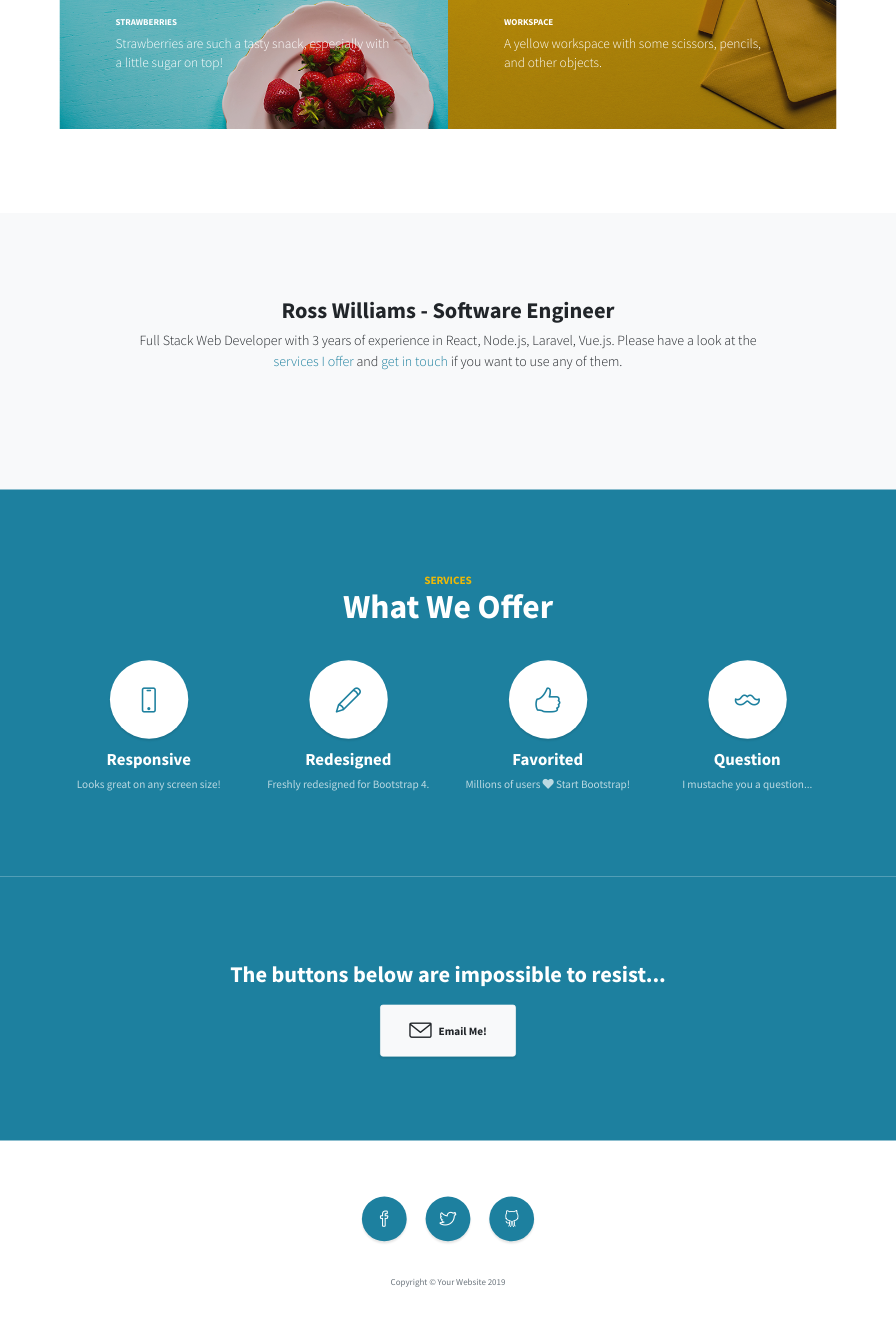
Repository: Williams94/Williams94.github.io
Page: index.html
These files come from the project's save history. The page is drawn as it stood at one moment and after the next save; the edit follows.
The browser window is 1280 px wide. The pictures show the part of the page from y = 1576 to 3496 px (the page is 3496 px tall), at 70% of full size.
A picture or video elsewhere on the page could not be fetched, so the positions and the page height are approximate.

Above is the page before, as saved 2019-07-06 13:53:22.

### index.html
<!DOCTYPE html>
<html lang="en">

<head>

  <meta charset="utf-8">
  <meta name="viewport" content="width=device-width, initial-scale=1, shrink-to-fit=no">
  <meta name="description" content="">
  <meta name="author" content="">

  <title>Stylish Portfolio - Start Bootstrap Template</title>

  <!-- Bootstrap Core CSS -->
  <link href="vendor/bootstrap/css/bootstrap.min.css" rel="stylesheet">

  <!-- Custom Fonts -->
  <link href="vendor/fontawesome-free/css/all.min.css" rel="stylesheet" type="text/css">
  <link href="https://fonts.googleapis.com/css?family=Source+Sans+Pro:300,400,700,300italic,400italic,700italic"
    rel="stylesheet" type="text/css">
  <link href="vendor/simple-line-icons/css/simple-line-icons.css" rel="stylesheet">

  <!-- Custom CSS -->
  <link href="css/stylish-portfolio.css" rel="stylesheet">
  <link href="css/custom.css" rel="stylesheet">
  <!-- <link href="css/new-age.min.css" rel="stylesheet"> -->

</head>

<body id="page-top">

  <!-- Navigation -->
  <nav class="navbar navbar-expand-lg navbar-light fixed-top" id="mainNav">
    <div class="container">
      <a class="navbar-brand js-scroll-trigger" href="#page-top">Ross Williams</a>
      <button class="navbar-toggler navbar-toggler-right" type="button" data-toggle="collapse"
        data-target="#navbarResponsive" aria-controls="navbarResponsive" aria-expanded="false"
        aria-label="Toggle navigation">
        Menu
        <i class="fas fa-bars"></i>
      </button>
      <div class="collapse navbar-collapse" id="navbarResponsive">
        <ul class="navbar-nav ml-auto">
          <li class="nav-item">
            <a class="nav-link js-scroll-trigger" href="#about">About</a>
          </li>
          <li class="nav-item">
            <a class="nav-link js-scroll-trigger" href="#portfolio">Portfolio</a>
          </li>
          <li class="nav-item">
            <a class="nav-link js-scroll-trigger" href="#services">Services</a>
          </li>
          <li class="nav-item">
            <a class="nav-link js-scroll-trigger" href="#contact">Contact</a>
          </li>
        </ul>
      </div>
    </div>
  </nav>

  <!-- Header -->
  <header class="masthead">
    <div class="container h-100">
      <div class="row h-100">
        <div class="col-lg-7 my-auto">
          <div class="header-content mx-auto">
            <h1 class="mb-5">Welcome, please take a look at my previous projects and the services I offer.</h1>
          </div>
        </div>
        <div class="col-lg-5 my-auto">
          <div class="device-container">
            <div class="device-mockup iphone6_plus portrait white">
              <div class="device">
                <div class="screen">
                  <!-- Demo image for screen mockup, you can put an image here, some HTML, an animation, video, or anything else! -->
                  <img src="img/demo-screen-1.jpg" class="img-fluid" alt="">
                </div>
                <div class="button">
                  <!-- You can hook the "home button" to some JavaScript events or just remove it -->
                </div>
              </div>
            </div>
          </div>
        </div>
      </div>
    </div>
  </header>

  <!-- Portfolio -->
  <section class="content-section" id="portfolio">
    <div class="container">
      <div class="content-section-heading text-center">
        <h3 class="text-secondary mb-0">Portfolio</h3>
        <h2 class="mb-5">Recent Projects</h2>
      </div>
      <div class="row no-gutters">
        <div class="col-lg-6">
          <a class="portfolio-item" href="#">
            <span class="caption">
              <span class="caption-content">
                <h2>Stationary</h2>
                <p class="mb-0">A yellow pencil with envelopes on a clean, blue backdrop!</p>
              </span>
            </span>
            <img class="img-fluid" src="img/portfolio-1.jpg" alt="">
          </a>
        </div>
        <div class="col-lg-6">
          <a class="portfolio-item" href="#">
            <span class="caption">
              <span class="caption-content">
                <h2>Ice Cream</h2>
                <p class="mb-0">A dark blue background with a colored pencil, a clip, and a tiny ice cream cone!</p>
              </span>
            </span>
            <img class="img-fluid" src="img/portfolio-2.jpg" alt="">
          </a>
        </div>
        <div class="col-lg-6">
          <a class="portfolio-item" href="#">
            <span class="caption">
              <span class="caption-content">
                <h2>Strawberries</h2>
                <p class="mb-0">Strawberries are such a tasty snack, especially with a little sugar on top!</p>
              </span>
            </span>
            <img class="img-fluid" src="img/portfolio-3.jpg" alt="">
          </a>
        </div>
        <div class="col-lg-6">
          <a class="portfolio-item" href="#">
            <span class="caption">
              <span class="caption-content">
                <h2>Workspace</h2>
                <p class="mb-0">A yellow workspace with some scissors, pencils, and other objects.</p>
              </span>
            </span>
            <img class="img-fluid" src="img/portfolio-4.jpg" alt="">
          </a>
        </div>
      </div>
    </div>
  </section>

  <!-- About -->
  <section class="content-section bg-light" id="about">
    <div class="container text-center">
      <div class="row">
        <div class="col-lg-10 mx-auto">
          <h2>Ross Williams - Software Engineer</h2>
          <p class="lead mb-5">Full Stack Web Developer with 3 years of experience in React, Node.js, Laravel, Vue.js.
            Please have a look at the <a href="#services">services I offer</a> and <a href="#contact">get in touch</a>
            if you want to use any of them.
          </p>
        </div>
      </div>
    </div>
  </section>

  <!-- Services -->
  <section class="content-section bg-primary text-white text-center" id="services">
    <div class="container">
      <div class="content-section-heading">
        <h3 class="text-secondary mb-0">Services</h3>
        <h2 class="mb-5">What We Offer</h2>
      </div>
      <div class="row">
        <div class="col-lg-3 col-md-6 mb-5 mb-lg-0">
          <span class="service-icon rounded-circle mx-auto mb-3">
            <i class="icon-screen-smartphone"></i>
          </span>
          <h4>
            <strong>Responsive</strong>
          </h4>
          <p class="text-faded mb-0">Looks great on any screen size!</p>
        </div>
        <div class="col-lg-3 col-md-6 mb-5 mb-lg-0">
          <span class="service-icon rounded-circle mx-auto mb-3">
            <i class="icon-pencil"></i>
          </span>
          <h4>
            <strong>Redesigned</strong>
          </h4>
          <p class="text-faded mb-0">Freshly redesigned for Bootstrap 4.</p>
        </div>
        <div class="col-lg-3 col-md-6 mb-5 mb-md-0">
          <span class="service-icon rounded-circle mx-auto mb-3">
            <i class="icon-like"></i>
          </span>
          <h4>
            <strong>Favorited</strong>
          </h4>
          <p class="text-faded mb-0">Millions of users
            <i class="fas fa-heart"></i>
            Start Bootstrap!</p>
        </div>
        <div class="col-lg-3 col-md-6">
          <span class="service-icon rounded-circle mx-auto mb-3">
            <i class="icon-mustache"></i>
          </span>
          <h4>
            <strong>Question</strong>
          </h4>
          <p class="text-faded mb-0">I mustache you a question...</p>
        </div>
      </div>
    </div>
  </section>

  <!-- Call to Action -->
  <section class="content-section bg-primary text-white">
    <div class="container text-center">
      <h2 class="mb-4">The buttons below are impossible to resist...</h2>
      <a href="#" class="btn btn-xl btn-light">
        <div class="email-me-button-container">
          <i class="icon-envelope"></i>Email Me!
        </div>
      </a>
    </div>
  </section>

  <!-- Map -->
  <!-- <section id="contact" class="map">
    <iframe width="100%" height="100%" frameborder="0" scrolling="no" marginheight="0" marginwidth="0"
      src="https://maps.google.com/maps?f=q&amp;source=s_q&amp;hl=en&amp;geocode=&amp;q=Twitter,+Inc.,+Market+Street,+San+Francisco,+CA&amp;aq=0&amp;oq=twitter&amp;sll=28.659344,-81.187888&amp;sspn=0.128789,0.264187&amp;ie=UTF8&amp;hq=Twitter,+Inc.,+Market+Street,+San+Francisco,+CA&amp;t=m&amp;z=15&amp;iwloc=A&amp;output=embed"></iframe>
    <br />
    <small>
      <a
        href="https://maps.google.com/maps?f=q&amp;source=embed&amp;hl=en&amp;geocode=&amp;q=Twitter,+Inc.,+Market+Street,+San+Francisco,+CA&amp;aq=0&amp;oq=twitter&amp;sll=28.659344,-81.187888&amp;sspn=0.128789,0.264187&amp;ie=UTF8&amp;hq=Twitter,+Inc.,+Market+Street,+San+Francisco,+CA&amp;t=m&amp;z=15&amp;iwloc=A"></a>
    </small>
  </section> -->

  <!-- Footer -->
  <footer class="footer text-center">
    <div class="container">
      <ul class="list-inline mb-5">
        <li class="list-inline-item">
          <a class="social-link rounded-circle text-white mr-3" href="#">
            <i class="icon-social-facebook"></i>
          </a>
        </li>
        <li class="list-inline-item">
          <a class="social-link rounded-circle text-white mr-3" href="#">
            <i class="icon-social-twitter"></i>
          </a>
        </li>
        <li class="list-inline-item">
          <a class="social-link rounded-circle text-white" href="#">
            <i class="icon-social-github"></i>
          </a>
        </li>
      </ul>
      <p class="text-muted small mb-0">Copyright &copy; Your Website 2019</p>
    </div>
  </footer>

  <!-- Scroll to Top Button-->
  <a class="scroll-to-top rounded js-scroll-trigger" href="#page-top">
    <i class="fas fa-angle-up"></i>
  </a>

  <!-- Bootstrap core JavaScript -->
  <script src="vendor/jquery/jquery.min.js"></script>
  <script src="vendor/bootstrap/js/bootstrap.bundle.min.js"></script>

  <!-- Plugin JavaScript -->
  <script src="vendor/jquery-easing/jquery.easing.min.js"></script>

  <!-- Custom scripts for this template -->
  <script src="js/stylish-portfolio.min.js"></script>

</body>

</html>

### css/stylish-portfolio.css
/*!
 * Start Bootstrap - Stylish Portfolio v5.0.6 (https://startbootstrap.com/template-overviews/stylish-portfolio)
 * Copyright 2013-2019 Start Bootstrap
 * Licensed under MIT (https://github.com/BlackrockDigital/startbootstrap-stylish-portfolio/blob/master/LICENSE)
 */

body,
html {
  width: 100%;
  height: 100%;
}

body {
  font-family: "Source Sans Pro";
}

.btn-xl {
  padding: 1.25rem 2.5rem;
}

.content-section {
  padding-top: 7.5rem;
  padding-bottom: 7.5rem;
}

.content-section-heading h2 {
  font-size: 3rem;
}

.content-section-heading h3 {
  font-size: 1rem;
  text-transform: uppercase;
}

h1,
h2,
h3,
h4,
h5,
h6 {
  font-weight: 700;
}

.text-faded {
  color: rgba(255, 255, 255, 0.7);
}

/* Map */
.map {
  height: 30rem;
}

@media (max-width: 992px) {
  .map {
    height: 75%;
  }
}

.map iframe {
  pointer-events: none;
}

.scroll-to-top {
  position: fixed;
  right: 15px;
  bottom: 15px;
  display: none;
  width: 50px;
  height: 50px;
  text-align: center;
  color: white;
  background: rgba(52, 58, 64, 0.5);
  line-height: 45px;
}

.scroll-to-top:focus,
.scroll-to-top:hover {
  color: white;
}

.scroll-to-top:hover {
  background: #343a40;
}

.scroll-to-top i {
  font-weight: 800;
}

.masthead {
  min-height: 30rem;
  position: relative;
  display: table;
  width: 100%;
  height: auto;
  padding-top: 8rem;
  padding-bottom: 8rem;
  background: -webkit-gradient(
      linear,
      left top,
      right top,
      from(rgba(255, 255, 255, 0.1)),
      to(rgba(255, 255, 255, 0.1))
    ),
    url("../img/bg-masthead.jpg");
  background: linear-gradient(
      90deg,
      rgba(255, 255, 255, 0.1) 0%,
      rgba(255, 255, 255, 0.1) 100%
    ),
    url("../img/bg-masthead.jpg");
  background-position: center center;
  background-repeat: no-repeat;
  background-size: cover;
}

.masthead h1 {
  font-size: 4rem;
  margin: 0;
  padding: 0;
}

@media (min-width: 992px) {
  .masthead {
    height: 100vh;
  }
  .masthead h1 {
    font-size: 5.5rem;
  }
}

/* Side Menu */
#sidebar-wrapper {
  position: fixed;
  z-index: 2;
  right: 0;
  width: 250px;
  height: 100%;
  -webkit-transition: all 0.4s ease 0s;
  transition: all 0.4s ease 0s;
  -webkit-transform: translateX(250px);
  transform: translateX(250px);
  background: #1d809f;
  border-left: 1px solid rgba(255, 255, 255, 0.1);
}

.sidebar-nav {
  position: absolute;
  top: 0;
  width: 250px;
  margin: 0;
  padding: 0;
  list-style: none;
}

.sidebar-nav li.sidebar-nav-item a {
  display: block;
  text-decoration: none;
  color: #fff;
  padding: 15px;
}

.sidebar-nav li a:hover {
  text-decoration: none;
  color: #fff;
  background: rgba(255, 255, 255, 0.2);
}

.sidebar-nav li a:active,
.sidebar-nav li a:focus {
  text-decoration: none;
}

.sidebar-nav > .sidebar-brand {
  font-size: 1.2rem;
  background: rgba(52, 58, 64, 0.1);
  height: 80px;
  line-height: 50px;
  padding-top: 15px;
  padding-bottom: 15px;
  padding-left: 15px;
}

.sidebar-nav > .sidebar-brand a {
  color: #fff;
}

.sidebar-nav > .sidebar-brand a:hover {
  color: #fff;
  background: none;
}

#sidebar-wrapper.active {
  right: 250px;
  width: 250px;
  -webkit-transition: all 0.4s ease 0s;
  transition: all 0.4s ease 0s;
}

.menu-toggle {
  position: fixed;
  right: 15px;
  top: 15px;
  width: 50px;
  height: 50px;
  text-align: center;
  color: #fff;
  background: rgba(52, 58, 64, 0.5);
  line-height: 50px;
  z-index: 999;
}

.menu-toggle:focus,
.menu-toggle:hover {
  color: #fff;
}

.menu-toggle:hover {
  background: #343a40;
}

.service-icon {
  background-color: #fff;
  color: #1d809f;
  height: 7rem;
  width: 7rem;
  display: block;
  line-height: 7.5rem;
  font-size: 2.25rem;
  -webkit-box-shadow: 0 3px 3px 0 rgba(0, 0, 0, 0.1);
  box-shadow: 0 3px 3px 0 rgba(0, 0, 0, 0.1);
}

.callout {
  padding: 15rem 0;
  background: -webkit-gradient(
      linear,
      left top,
      right top,
      from(rgba(255, 255, 255, 0.1)),
      to(rgba(255, 255, 255, 0.1))
    ),
    url("../img/bg-callout.jpg");
  background: linear-gradient(
      90deg,
      rgba(255, 255, 255, 0.1) 0%,
      rgba(255, 255, 255, 0.1) 100%
    ),
    url("../img/bg-callout.jpg");
  background-position: center center;
  background-repeat: no-repeat;
  background-size: cover;
}

.callout h2 {
  font-size: 3.5rem;
  font-weight: 700;
  display: block;
  max-width: 30rem;
}

.portfolio-item {
  display: block;
  position: relative;
  overflow: hidden;
  max-width: 530px;
  margin: auto auto 1rem;
}

.portfolio-item .caption {
  display: -webkit-box;
  display: -ms-flexbox;
  display: flex;
  height: 100%;
  width: 100%;
  background-color: rgba(33, 37, 41, 0.2);
  position: absolute;
  top: 0;
  bottom: 0;
  z-index: 1;
}

.portfolio-item .caption .caption-content {
  color: #fff;
  margin: auto 2rem 2rem;
}

.portfolio-item .caption .caption-content h2 {
  font-size: 0.8rem;
  text-transform: uppercase;
}

.portfolio-item .caption .caption-content p {
  font-weight: 300;
  font-size: 1.2rem;
}

@media (min-width: 992px) {
  .portfolio-item {
    max-width: none;
    margin: 0;
  }
  .portfolio-item .caption {
    -webkit-transition: -webkit-clip-path 0.25s ease-out, background-color 0.7s;
    -webkit-clip-path: inset(0px);
    clip-path: inset(0px);
  }
  .portfolio-item .caption .caption-content {
    -webkit-transition: opacity 0.25s;
    transition: opacity 0.25s;
    margin-left: 5rem;
    margin-right: 5rem;
    margin-bottom: 5rem;
  }
  .portfolio-item img {
    -webkit-transition: -webkit-clip-path 0.25s ease-out;
    -webkit-clip-path: inset(-1px);
    clip-path: inset(-1px);
  }
  .portfolio-item:hover img {
    -webkit-clip-path: inset(2rem);
    clip-path: inset(2rem);
  }
  .portfolio-item:hover .caption {
    background-color: rgba(29, 128, 159, 0.9);
    -webkit-clip-path: inset(2rem);
    clip-path: inset(2rem);
  }
}

footer.footer {
  padding-top: 5rem;
  padding-bottom: 5rem;
}

footer.footer .social-link {
  display: block;
  height: 4rem;
  width: 4rem;
  line-height: 4.3rem;
  font-size: 1.5rem;
  background-color: #1d809f;
  -webkit-transition: background-color 0.15s ease-in-out;
  transition: background-color 0.15s ease-in-out;
  -webkit-box-shadow: 0 3px 3px 0 rgba(0, 0, 0, 0.1);
  box-shadow: 0 3px 3px 0 rgba(0, 0, 0, 0.1);
}

footer.footer .social-link:hover {
  background-color: #155d74;
  text-decoration: none;
}

a {
  color: #1d809f;
}

a:hover,
a:focus,
a:active {
  color: #155d74;
}

.btn-primary {
  background-color: #1d809f !important;
  border-color: #1d809f !important;
  color: #fff !important;
}

.btn-primary:hover,
.btn-primary:focus,
.btn-primary:active {
  background-color: #155d74 !important;
  border-color: #155d74 !important;
}

.btn-secondary {
  background-color: #ecb807 !important;
  border-color: #ecb807 !important;
  color: #fff !important;
}

.btn-secondary:hover,
.btn-secondary:focus,
.btn-secondary:active {
  background-color: #ba9106 !important;
  border-color: #ba9106 !important;
}

.btn-dark {
  color: #fff !important;
}

.btn {
  -webkit-box-shadow: 0px 3px 3px 0px rgba(0, 0, 0, 0.1);
  box-shadow: 0px 3px 3px 0px rgba(0, 0, 0, 0.1);
  font-weight: 700;
}

.bg-primary {
  background-color: #1d809f !important;
}

.text-primary {
  color: #1d809f !important;
}

.text-secondary {
  color: #ecb807 !important;
}

#mainNav {
  border-color: rgba(34, 34, 34, 0.05);
  background-color: white;
  -webkit-transition: all 0.35s;
  transition: all 0.35s;
  font-family: "Catamaran", "Helvetica", "Arial", "sans-serif";
  font-weight: 200;
  letter-spacing: 1px;
}

#mainNav .navbar-brand {
  color: #fdcc52;
  font-family: "Catamaran", "Helvetica", "Arial", "sans-serif";
  font-weight: 200;
  letter-spacing: 1px;
}

#mainNav .navbar-brand:hover,
#mainNav .navbar-brand:focus {
  color: #fcbd20;
}

#mainNav .navbar-toggler {
  font-size: 12px;
  padding: 8px 10px;
  color: #222222;
}

#mainNav .navbar-nav > li > a {
  font-size: 11px;
  font-family: "Lato", "Helvetica", "Arial", "sans-serif";
  letter-spacing: 2px;
  text-transform: uppercase;
}

#mainNav .navbar-nav > li > a.active {
  color: #fdcc52 !important;
  background-color: transparent;
}

#mainNav .navbar-nav > li > a.active:hover {
  background-color: transparent;
}

#mainNav .navbar-nav > li > a,
#mainNav .navbar-nav > li > a:focus {
  color: #222222;
}

#mainNav .navbar-nav > li > a:hover,
#mainNav .navbar-nav > li > a:focus:hover {
  color: #fdcc52;
}

@media (min-width: 992px) {
  #mainNav {
    border-color: transparent;
    background-color: transparent;
  }
  #mainNav .navbar-brand {
    color: fade(white, 70%);
  }
  #mainNav .navbar-brand:hover,
  #mainNav .navbar-brand:focus {
    color: white;
  }
  #mainNav .navbar-nav > li > a,
  #mainNav .navbar-nav > li > a:focus {
    color: rgba(255, 255, 255, 0.7);
  }
  #mainNav .navbar-nav > li > a:hover,
  #mainNav .navbar-nav > li > a:focus:hover {
    color: white;
  }
  #mainNav.navbar-shrink {
    border-color: rgba(34, 34, 34, 0.1);
    background-color: white;
  }
  #mainNav.navbar-shrink .navbar-brand {
    color: #222222;
  }
  #mainNav.navbar-shrink .navbar-brand:hover,
  #mainNav.navbar-shrink .navbar-brand:focus {
    color: #fdcc52;
  }
  #mainNav.navbar-shrink .navbar-nav > li > a,
  #mainNav.navbar-shrink .navbar-nav > li > a:focus {
    color: #222222;
  }
  #mainNav.navbar-shrink .navbar-nav > li > a:hover,
  #mainNav.navbar-shrink .navbar-nav > li > a:focus:hover {
    color: #fdcc52;
  }
}


header.masthead {
  position: relative;
  width: 100%;
  padding-top: 150px;
  padding-bottom: 100px;
  color: white;
  background: url("../img/bg-pattern.png"), #7b4397;
  background: url("../img/bg-pattern.png"), -webkit-gradient(linear, right top, left top, from(#7b4397), to(#dc2430));
  background: url("../img/bg-pattern.png"), linear-gradient(to left, #7b4397, #dc2430);
}

header.masthead .header-content {
  max-width: 500px;
  margin-bottom: 100px;
  text-align: center;
}

header.masthead .header-content h1 {
  font-size: 30px;
}

header.masthead .device-container {
  max-width: 325px;
  margin-right: auto;
  margin-left: auto;
}

header.masthead .device-container .screen img {
  border-radius: 3px;
}

@media (min-width: 992px) {
  header.masthead {
    height: 100vh;
    min-height: 775px;
    padding-top: 0;
    padding-bottom: 0;
  }
  header.masthead .header-content {
    margin-bottom: 0;
    text-align: left;
  }
  header.masthead .header-content h1 {
    font-size: 50px;
  }
  header.masthead .device-container {
    max-width: 325px;
  }
}

### css/custom.css
.icon-envelope {
  font-size: 2rem;
  margin-right: 10px;
}

.email-me-button-container {
  display: flex;
  align-items: center;
}

Loaded but not shown: vendor/bootstrap/css/bootstrap.min.css (library); vendor/fontawesome-free/css/all.min.css (library); vendor/simple-line-icons/css/simple-line-icons.css (library); vendor/jquery/jquery.min.js (library); vendor/bootstrap/js/bootstrap.bundle.min.js (library); vendor/jquery-easing/jquery.easing.min.js (common file); js/stylish-portfolio.min.js (common file)

After the next save:
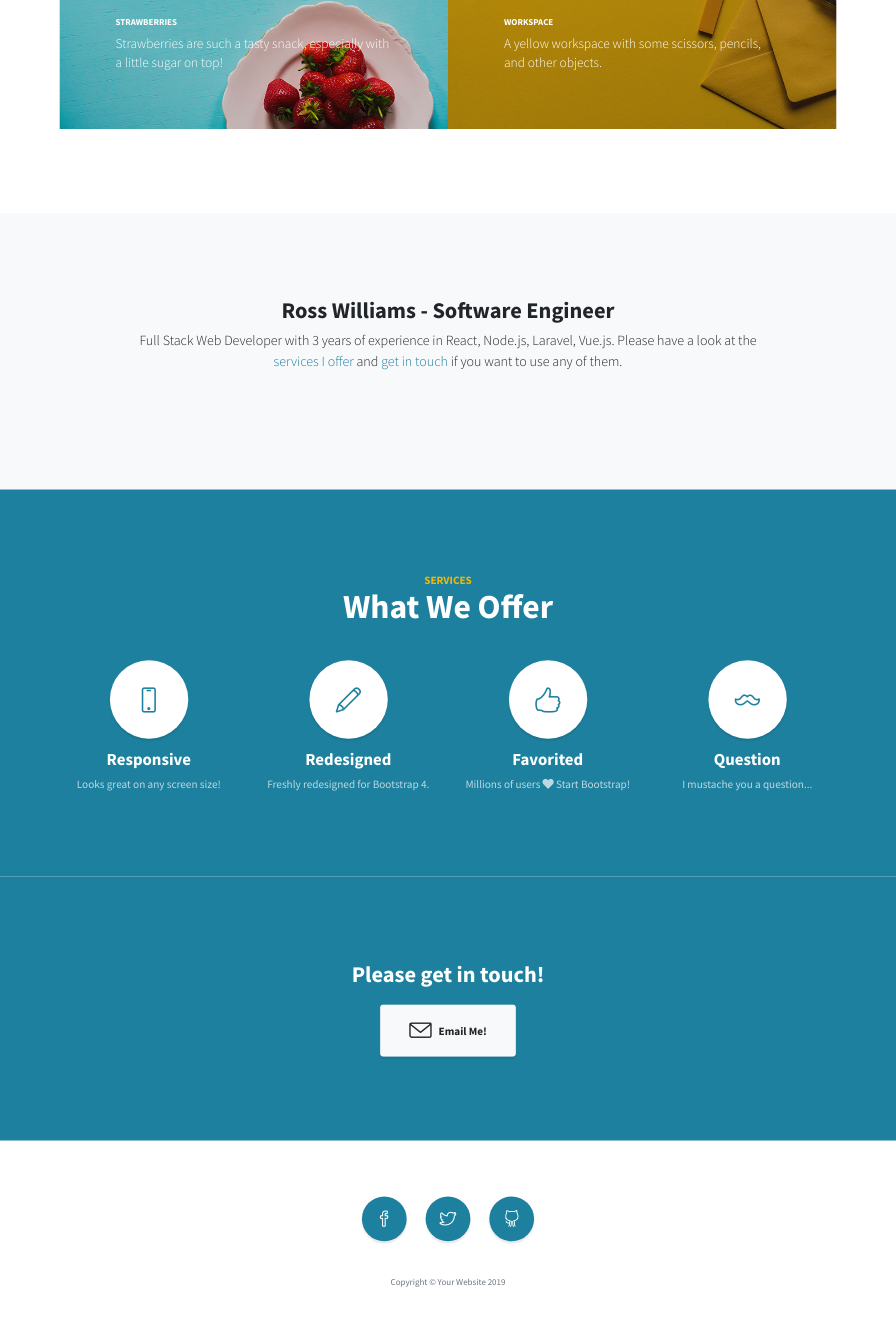
Saved 28 s later.
--- a/index.html
+++ b/index.html
@@ -209,8 +209,8 @@
   <!-- Call to Action -->
   <section class="content-section bg-primary text-white">
     <div class="container text-center">
-      <h2 class="mb-4">The buttons below are impossible to resist...</h2>
-      <a href="#" class="btn btn-xl btn-light">
+      <h2 class="mb-4">Please get in touch!</h2>
+      <a href="mailto:r.b.williams94@gmail.com" class="btn btn-xl btn-light">
         <div class="email-me-button-container">
           <i class="icon-envelope"></i>Email Me!
         </div>
